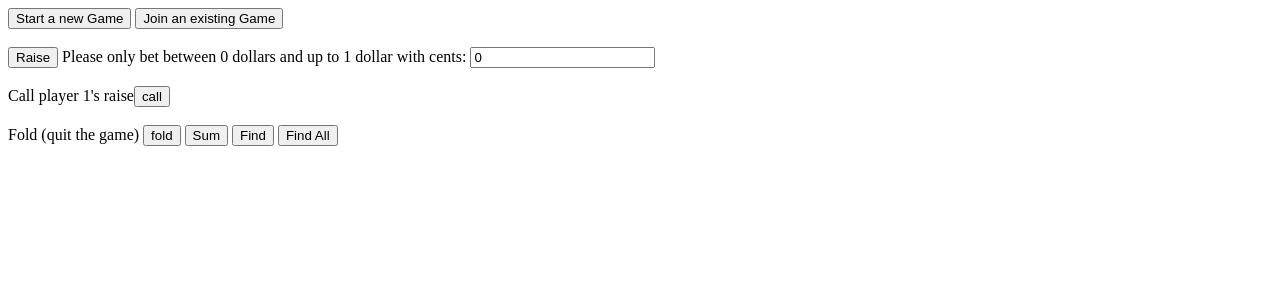
Repository: J2EEBeliever/ISA681_Poker2
Page: http://localhost/StrutsAjax/WEB-INF/game.jsp
An editor plug-in stored every save of this project. The page is shown before and after the next save, followed by the edit.
The browser window is 1280 px wide. The pictures show the whole page.
The page is served by Tomcat 9. Nobody is signed in. Other server files are loaded and not shown. The template is opened directly, without the code that normally fills it, so the values that code supplies are empty.

Above is the page before, as saved 2015-12-08 17:37:46.
Console error (its wording comes from the project's code and is left out).

### SOURCE/StrutsAjax/WebContent/WEB-INF/game.jsp
<%@ page contentType="text/html; charset=UTF-8"%>
<%@ taglib prefix="s" uri="/struts-tags"%>
<html>
<head>
<title>Ajax in Struts</title>

<script language="javascript" type="text/javascript">

/*
 * Author: Linus Freeman
 *
 */


//Browser Support Code
function ajaxFunctionbk(){

//	alert('executing ajaxFunction()');
	var ajaxRequest;  // The variable that makes Ajax possible!

	try{
		// Opera 8.0+, Firefox, Safari
		ajaxRequest = new XMLHttpRequest();
		alert('executing ajaxFunction() #10');

	} catch (e){
		// Internet Explorer Browsers

		alert('executing ajaxFunction() #20');

		try{
			ajaxRequest = new ActiveXObject("Msxml2.XMLHTTP");
		} catch (e) {
			try{
				ajaxRequest = new ActiveXObject("Microsoft.XMLHTTP");
			} catch (e){
				// Something went wrong
				alert("Your browser broke!");
				return false;
			}
		}

	}

//	alert('executing ajaxFunction() #30');


	// Create a function that will receive data sent from the server
	ajaxRequest.onreadystatechange = function(){
		if(ajaxRequest.readyState == 4){
			var ajaxDisplay = document.getElementById('ajaxDiv');
			ajaxDisplay.innerHTML = ajaxRequest.responseText;
		}
	}
//	var age = document.getElementById('age').value;
//	var wpm = document.getElementById('wpm').value;
//	var sex = document.getElementById('sex').value;
//	var queryString = "?age=" + age + "&wpm=" + wpm + "&sex=" + sex;

//	alert('executing ajaxFunction() #40');


var queryString = '?playerContent=yes';
	ajaxRequest.open("GET", 'ajaxLogicAction' + queryString, true);
	ajaxRequest.send(null);

//	alert('executing ajaxFunction() #50');

}

</script>


<script src="js/jquery-1.6.2.js" type="text/javascript"></script>
<script type="text/javascript">

function joinGameNow(gameNumber) {


	//alert('#30 exuting javaScript Function joinGameNow(gamePlayer1UserName)');


	$.ajax({
		type : "POST",
		url : '${pageContext.request.contextPath}/joinGameNow.html?gameNumber=' + gameNumber ,
		success : function(response) {
			$('.result').html(response);
		}
	});

	setTimeout(waitForTurnOrGameToStart,5000);


}

function playerContent() {

//	alert('#10');


	$.ajax({
		type : "POST",
		url : '${pageContext.request.contextPath}/getPlayerTurn.html',
		success : function(response) {
			$('.result').html(response);
		}
	});
}

function raise() {

//	alert('In method raise()');

	var betAmount_ = document.getElementById('betAmount');

//	alert('betAmount = ' + betAmount_.value);

	var betAmountFloat_ = parseFloat(betAmount.value);

	if(betAmountFloat_ <= 0 || betAmountFloat_ > 1.00  ) {

		alert('Bet Amount muset be greater than 0 and less than equal to 1.00 dollar.');


		return;

	}


	$.ajax({
		type : "POST",
		url : '${pageContext.request.contextPath}/raise.html?betAmount=' + betAmountFloat_,
		success : function(response) {
			$('.result').html(response);
		}
	});

	setTimeout(waitForTurnOrGameToStart,5000);


}

function waitForTurnOrGameToStart() {

//	alert('In method waitForTurnOrGameToStart()');

//	alert('waitForTurnOrGameToStart JavaScript function');



	$.ajax({
		type : "POST",
		url : '${pageContext.request.contextPath}/waitForTurnOrGameToStart.html',
		success : function(response) {
			$('.result').html(response);
		}
	});

	setTimeout(waitForTurnOrGameToStart,5000);


}


$(document).ready(function() {


	/*)
		$('#joinGameNow1').click(function() {
			$.ajax({
				type : "POST",
				url : '${pageContext.request.contextPath}/joinGameNow1.html',
				success : function(response) {
					$('.result').html(response);
				}
			});
		});
	*/

	/*
		$('#joinGameNow1').click(function() {
			$.ajax({
				type : "POST",
				url : '${pageContext.request.contextPath}/joinGameNow1.html',
				success : function(response) {
					$('.result').html(response);
				}
			});


		});

		*/

		$('#buttonJoinGame2').click(function() {
			$.ajax({
				type : "POST",
				url : '${pageContext.request.contextPath}/joinGame2.html',
				success : function(response) {
					$('.result').html(response);
				}
			});


		});


		$('#buttonNewGame').click(function() {
			$.ajax({
				type : "POST",
				url : '${pageContext.request.contextPath}/newGame.html',
				success : function(response) {
					$('.result').html(response);
				}
			});

			setTimeout(waitForTurnOrGameToStart,5000);


		});


/*
		$('#buttonJoinGame').click(function() {
			$.ajax({
				type : "POST",
				url : '${pageContext.request.contextPath}/joinGame.html',
				success : function(response) {
					$('.result').html(response);
				}
			});
		});
*/

		$('#buttonHello').click(function() {
			$.ajax({
				type : "POST",
				url : '${pageContext.request.contextPath}/hello.html',
				success : function(response) {
					$('.result').html(response);
				}
			});
		});

		$('#buttonSum').click(function() {
			$.ajax({
				type : "GET",
				data : {
					a : 1,
					b : 2
				},
				url : '${pageContext.request.contextPath}/sum.html',
				success : function(response) {
					$('.result').html(response);
				}
			});
		});

		$('#buttonFind').click(function() {
			$.ajax({
				type : "GET",
				headers : {
					Accept : "application/json; charset=utf-8",
					"Content-Type" : "application/json; charset=utf-8"
				},
				url : '${pageContext.request.contextPath}/find.html',
				success : function(response) {
					var result = 'Id: ' + response.sp.id + '<br>Name: ' + response.sp.name + '<br>Price: ' + response.sp.price;
					$('.result').html(result);
				}
			});
		});

		//buttonJoinGame

	/*
		$('#buttonJoinGame').click(function() {
			$.ajax({
				type : "GET",
				headers : {
					Accept : "application/json; charset=utf-8",
					"Content-Type" : "application/json; charset=utf-8"
				},
				url : '${pageContext.request.contextPath}/joinGame.html',
				success : function(response) {
					var n = response.lu.length;
					var result = '';
					for(var i=0; i<n; i++)
						//result += '<br><a href = "${pageContext.request.contextPath}/joinGameNow.html?gameUserName="' + response.lu[i].userName + '" value = "' + response.lu[i].userName + '">';
						result += '<br>' + response.lu[i].userName + '<br>';
					$('.result').html(result);
				}
			});
		});
	*/


		$('#buttonFindAll').click(function() {
			$.ajax({
				type : "GET",
				headers : {
					Accept : "application/json; charset=utf-8",
					"Content-Type" : "application/json; charset=utf-8"
				},
				url : '${pageContext.request.contextPath}/findall.html',
				success : function(response) {
					var n = response.lp.length;
					var result = '';
					for(var i=0; i<n; i++)
						result += '<br>Id: ' + response.lp[i].id + ' - Name: ' + response.lp[i].name + ' - Price: ' + response.lp[i].price;
					$('.result').html(result);
				}
			});
		});

	});
</script>
</head>


<body onloadbk="setTimeout(playActiveGame,5000)">

	<input type="button" value="Start a new Game" id="buttonNewGame">
	<!-- input type="button" value="Join an existing Game" id="buttonJoinGame" -->
	<input type="button" value="Join an existing Game" id="buttonJoinGame2">

	<BR>
	<BR>
	<input type="button" name="raise" value="Raise" id="raise"
		onclick="raise()"> Please only bet between 0 dollars and up to
	1 dollar with cents:
	<input type="text" name="betAmount" value="0" id="betAmount">
	<BR><BR>
	Call player 1's raise<input type="button" name="call" value="call" id="call"
		onclick="raise('call')" ><BR><BR>
	Fold (quit the game) <input type="button" name="fold" value="fold" id="fold"
		onclick="fold(>



	<!--   input type="button" value="Hello" id="buttonHello">
	<input type="button" value="Sum" id="buttonSum">
	<input type="button" value="Find" id="buttonFind">
	<input type="button" value="Find All" id="buttonFindAll" -->
	<br>
	<div class="result"></div>
	<BR>
	<BR>
	<div class="result2"></div>


</body>
</html>

Loaded but not shown: SOURCE/StrutsAjax/WebContent/js/jquery-1.6.2.js (library)

After the next save:
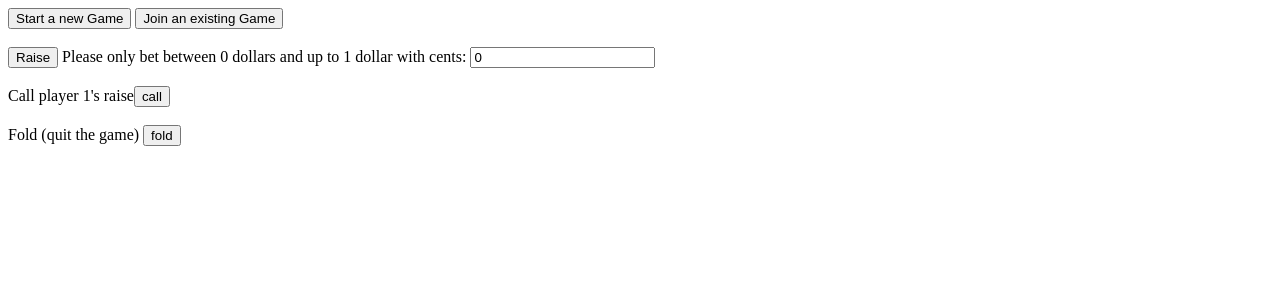
The error is gone.
Saved 15 s later.
--- a/SOURCE/StrutsAjax/WebContent/WEB-INF/game.jsp
+++ b/SOURCE/StrutsAjax/WebContent/WEB-INF/game.jsp
@@ -334,7 +334,7 @@ $(document).ready(function() {
 	Call player 1's raise<input type="button" name="call" value="call" id="call"
 		onclick="raise('call')" ><BR><BR>
 	Fold (quit the game) <input type="button" name="fold" value="fold" id="fold"
-		onclick="fold(>
+		onclick="fold()" >
 
 
 
